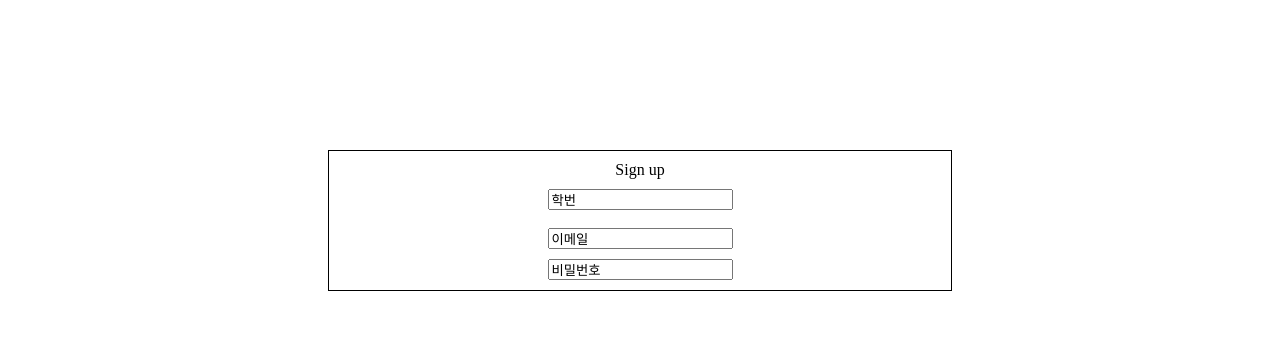
Repository: smandkd/Multicampus_Frontend
Page: http://localhost/Mulcam_Project/jsp/signup.jsp
The author's editor kept a copy of each file at every save. The page is drawn from the files as they stood at one save, then again after the next save.
The browser window is 1280 px wide. The pictures show the whole page.
The page is served by Tomcat 9.

Above is the page before, as saved 2022-01-30 02:32:38.

### Mulcam_Project/jsp/signup.jsp
<%@ page contentType="text/html; charset=utf-8"
    pageEncoding="EUC-KR"%>
<!DOCTYPE html>
<html>
<head>
<meta name="viewport" content="width=device-width, initial-scale=1.0">
<style type="text/css">
.a {
	text-align:center;
	margin-right:320px;
	margin-left:320px;
	margin-top:150px;
	padding-top:10px;
	border:1px solid;
}
.b {
	margin-top:10px;
}
.c {
	margin-bottom:10px;
}
</style>
</head>
<body>

<div class="a">
	Sign up
	<div>
		<div class="b">
		<input type="text" value="학번"/>
		</div>
		<br/>
		<div class="c">
		<input type="text" value="이메일"/>
		</div>
		<div class="c">
		<input type="text" value="비밀번호"/>
		</div>
	</div>
</div>
</body>
</html>

After the next save:
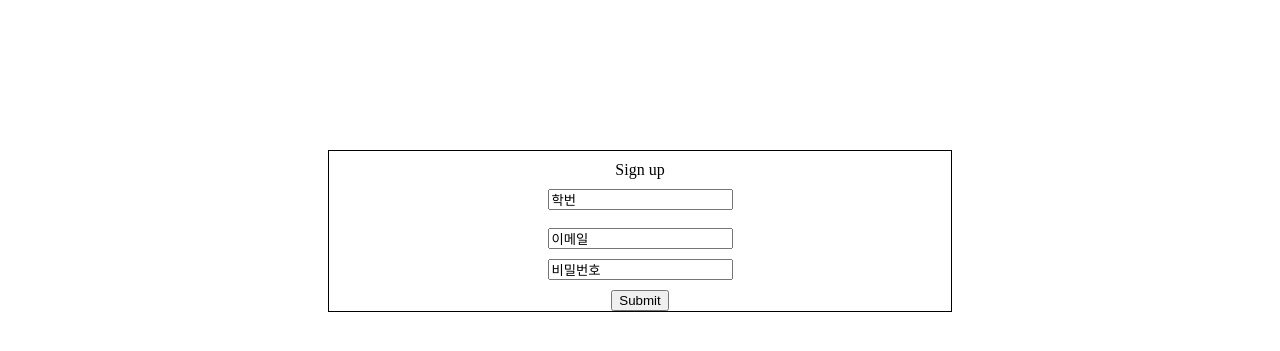
Saved 18 s later.
--- a/Mulcam_Project/jsp/signup.jsp
+++ b/Mulcam_Project/jsp/signup.jsp
@@ -37,6 +37,9 @@
 		<input type="text" value="비밀번호"/>
 		</div>
 	</div>
+	<div>
+		<input type="submit"/>
+	</div>
 </div>
 </body>
 </html>
